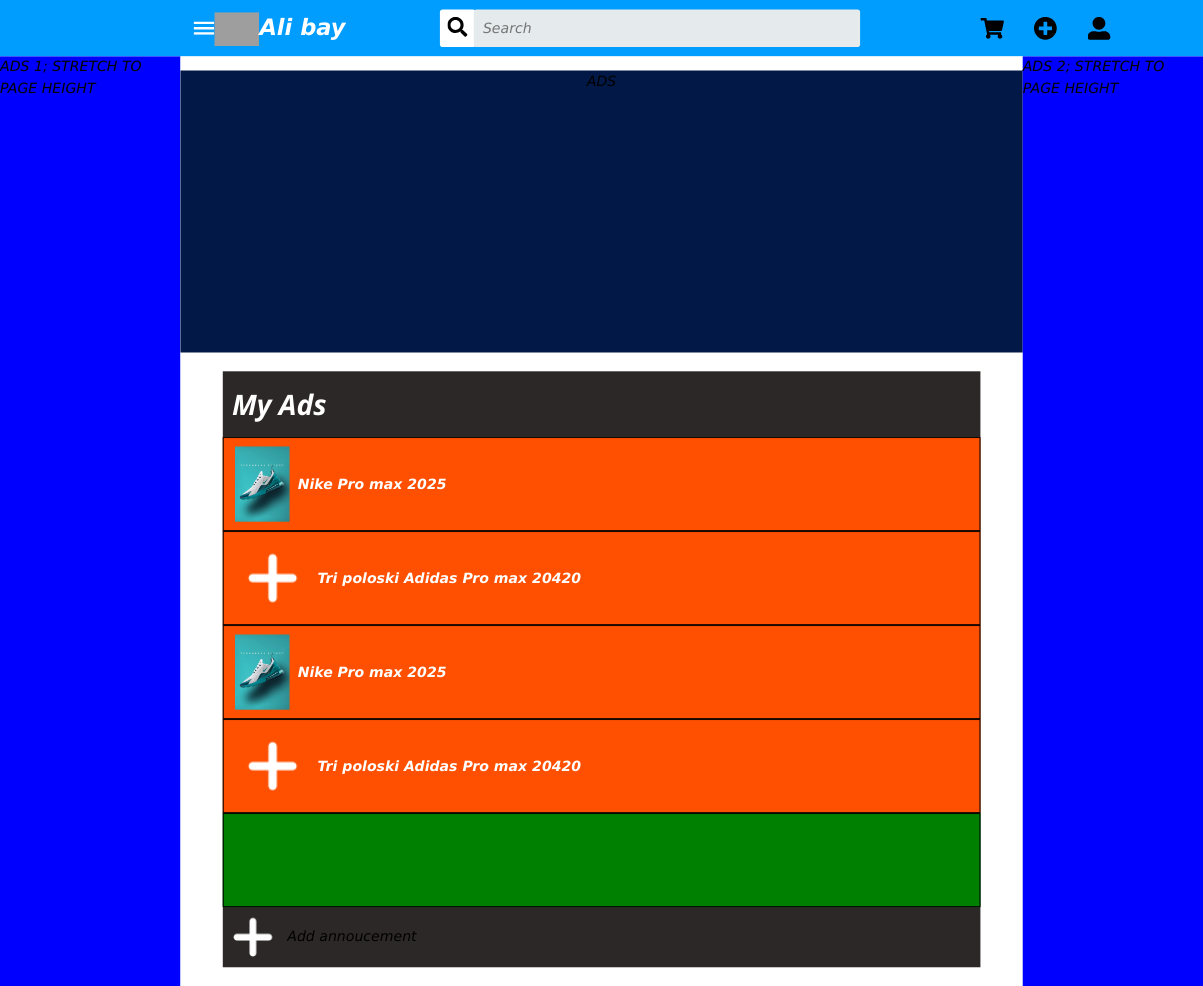
Repository: Aramys21/alibay-site
Page: public/ad_list.html
An editor plug-in stored every save of this project. The page is shown before and after the next save, followed by the edit.
The browser window is 1280 px wide. The pictures show the whole page, at 94% of full size.
Pictures or frames that could not be fetched are drawn as grey boxes.

Above is the page before, as saved 2023-04-05 00:45:22.

After the next save:
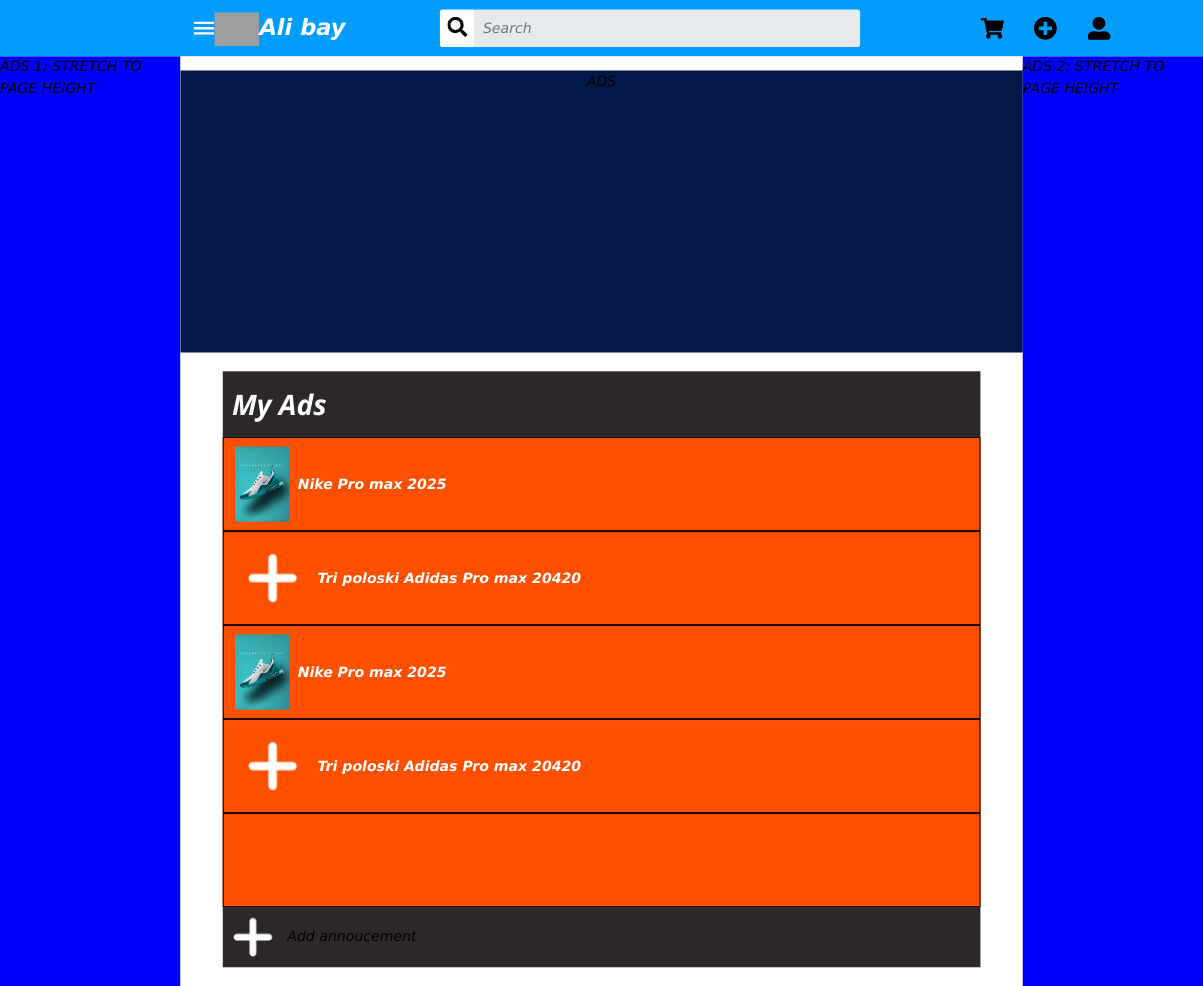
Saved 17 s later.
--- a/public/ad_list.html
+++ b/public/ad_list.html
@@ -129,7 +129,7 @@
 				<a>Tri poloski Adidas Pro max 20420</a>
 			</div>
 			<!-- single item end -->
-			<a class="list-item link-list-item" href="#">
+			<a class="list-item " href="#">
 			<a href="#"><img src="src/images/ades (2).png"></a>
 			<a href="#" style="text-decoration: none;">Add annoucement</a>
 			</a>
